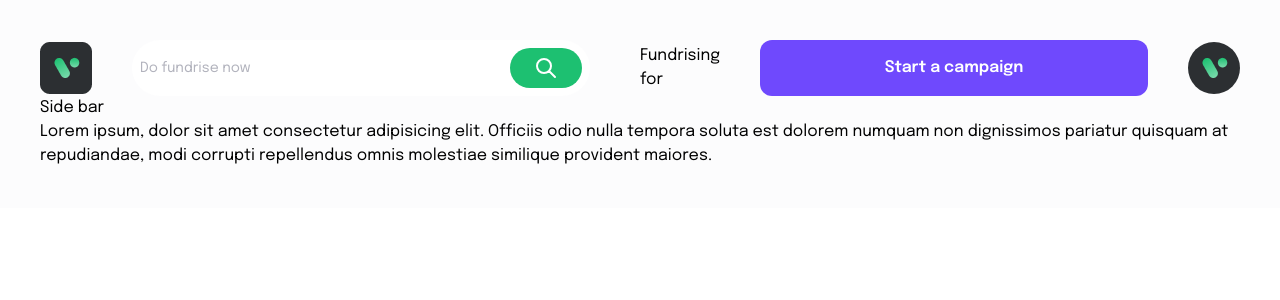
Repository: hoang0508/CrowFunding-APP
Page: /
These files come from the project's save history. The page is drawn as it stood at one moment and after the next save; the edit follows.
The browser window is 1280 px wide. The pictures show the whole page.
The project was rebuilt for these pictures with package versions that can differ from the ones it lists, and the page was loaded fresh each time. Also part of the build but not shown: src/components/common/ErrorComponent.js, src/components/button/ButtonGoogle.js. Imported but missing from the stored project, and not drawn on this page: src/store/reducers.

Above is the page before, as saved 2022-07-21 08:16:12.

### public/index.html
<!DOCTYPE html>
<html lang="en">
  <head>
    <meta charset="utf-8" />
    <link rel="icon" href="%PUBLIC_URL%/favicon.ico" />
    <meta name="viewport" content="width=device-width, initial-scale=1" />
    <meta name="theme-color" content="#000000" />
    <meta
      name="description"
      content="Web site created using create-react-app"
    />
    <link rel="apple-touch-icon" href="%PUBLIC_URL%/logo192.png" />
    <!--
      manifest.json provides metadata used when your web app is installed on a
      user's mobile device or desktop. See https://developers.google.com/web/fundamentals/web-app-manifest/
    -->
    <link rel="manifest" href="%PUBLIC_URL%/manifest.json" />
    <!--
      Notice the use of %PUBLIC_URL% in the tags above.
      It will be replaced with the URL of the `public` folder during the build.
      Only files inside the `public` folder can be referenced from the HTML.

      Unlike "/favicon.ico" or "favicon.ico", "%PUBLIC_URL%/favicon.ico" will
      work correctly both with client-side routing and a non-root public URL.
      Learn how to configure a non-root public URL by running `npm run build`.
    -->
    <link rel="preconnect" href="https://fonts.googleapis.com" />
    <link rel="preconnect" href="https://fonts.gstatic.com" crossorigin />
    <link
      href="https://fonts.googleapis.com/css2?family=Epilogue:wght@400;500;600;700&display=swap"
      rel="stylesheet"
    />
    <title>Crowfunding App</title>
  </head>
  <body>
    <noscript>You need to enable JavaScript to run this app.</noscript>
    <div id="root"></div>
    <!--
      This HTML file is a template.
      If you open it directly in the browser, you will see an empty page.

      You can add webfonts, meta tags, or analytics to this file.
      The build step will place the bundled scripts into the <body> tag.

      To begin the development, run `npm start` or `yarn start`.
      To create a production bundle, use `npm run build` or `yarn build`.
    -->
  </body>
</html>

### src/index.js
import React from "react";
import { createRoot } from "react-dom/client";
import App from "./App";
import reportWebVitals from "./reportWebVitals";
import "./index.scss";
import { Provider } from "react-redux";
import { store } from "./store/configureStore";
import { BrowserRouter } from "react-router-dom";

const container = document.getElementById("root");
const root = createRoot(container);

root.render(
  <BrowserRouter>
    <Provider store={store}>
      <App />
    </Provider>
  </BrowserRouter>
);

// If you want to start measuring performance in your app, pass a function
// to log results (for example: reportWebVitals(console.log))
// or send to an analytics endpoint. Learn more: https://bit.ly/CRA-vitals
reportWebVitals();

### src/App.js
import React, { lazy, Suspense } from "react";
import { Route, Routes } from "react-router-dom";
const SignUpPage = lazy(() => import("./pages/SignUpPage"));
const SignInPage = lazy(() => import("./pages/SignInPage"));
const DashboardPage = lazy(() => import("pages/DashboardPage"));

function App() {
  return (
    <Suspense fallback={<></>}>
      <Routes>
        <Route path="/" element={<DashboardPage />}></Route>
        <Route path="/sign-up" element={<SignUpPage />}></Route>
        <Route path="/sign-in" element={<SignInPage />}></Route>
      </Routes>
    </Suspense>
  );
}

export default App;

### src/index.scss
@tailwind base;
@tailwind components;
@tailwind utilities;
@layer base {
  body {
    @apply font-primary text-base font-normal;
    line-height: 1.5;
  }
  input {
    @apply outline-none;
  }
}

input:focus + .error-input {
  display: none;
}

### src/store/configureStore.js
import { configureStore } from "@reduxjs/toolkit";
import createSagaMiddleware from "@redux-saga/core";
import logger from "redux-logger";
import { reducer } from "./reducers";
const sagaMiddleware = createSagaMiddleware();

export const store = configureStore({
  reducer: reducer,
  middleware: (gDM) => gDM().concat(logger, sagaMiddleware),
});
// sagaMiddleware.run(rootSaga);

### src/pages/DashboardPage.js
import LayoutDashboard from "layout/LayoutDashboard";
import React from "react";

const DashboardPage = () => {
  return (
    <LayoutDashboard>
      Lorem ipsum, dolor sit amet consectetur adipisicing elit. Officiis odio
      nulla tempora soluta est dolorem numquam non dignissimos pariatur quisquam
      at repudiandae, modi corrupti repellendus omnis molestiae similique
      provident maiores.
    </LayoutDashboard>
  );
};

export default DashboardPage;

### src/components/button/index.js
export const { default: Button } = require("./Button");
export const { default: ButtonGoogle } = require("./ButtonGoogle");

### src/layout/LayoutDashboard.js
import DashboardSidebar from "modules/dashboard/DashboardSidebar";
import DashboardTopbar from "modules/dashboard/DashboardTopbar";
import React from "react";

const LayoutDashboard = ({ children }) => {
  return (
    <div className="p-10 bg-lite">
      <DashboardTopbar></DashboardTopbar>
      <div>
        <DashboardSidebar></DashboardSidebar>
        <div>{children}</div>
      </div>
    </div>
  );
};

export default LayoutDashboard;

### src/components/button/Button.js
import React from "react";
import PropTypes from "prop-types";
import classNames from "utils/className";

const Button = ({
  type,
  children,
  className = "",
  isLoading = false,
  ...rest
}) => {
  const child = !!isLoading ? (
    <div className="w-10 h-10 border-4 border-white border-t-transparent border-b-transparent rounded-full animate-spin"></div>
  ) : (
    children
  );
  return (
    <button
      type={type}
      className={classNames(
        "font-semibold p-4 rounded-xl flex justify-center items-center min-h-[56px] w-full text-white",
        !!isLoading ? "opacity-50 pointer-events-none" : "",
        className
      )}
      // className={`font-semibold py-4 rounded-xl flex justify-center items-center min-h-[56px]
      // ${className} text-white ${
      //   !!isLoading ? "opacity-50 pointer-events-none" : ""
      // }`}
      {...rest}
    >
      {child}
    </button>
  );
};

Button.propTypes = {
  type: PropTypes.string.isRequired,
  className: PropTypes.string,
  children: PropTypes.node,
  isLoading: PropTypes.bool,
};

export default Button;

### src/modules/dashboard/DashboardSidebar.js
import React from "react";

const DashboardSidebar = () => {
  return <div>Side bar</div>;
};

export default DashboardSidebar;

### src/modules/dashboard/DashboardTopbar.js
import { Button } from "components/button";
import React from "react";
import DashboardSearch from "./DashboardSearch";

const DashboardTopbar = () => {
  return (
    <div className="flex items-center justify-between">
      <div className="flex items-center gap-x-10 flex-1">
        <img src="/logo.png" alt="crowfunding-app" />
        <div className="w-full max-w-[458px] ">
          <DashboardSearch></DashboardSearch>
        </div>
      </div>
      <div className="flex items-center gap-x-10 flex-1 justify-end">
        <span>Fundrising for</span>
        <Button className="bg-secondary px-7">Start a campaign</Button>
        <img
          src="/logo.png"
          alt="crowfunding-app"
          className="rounded-full object-cover"
        />
      </div>
    </div>
  );
};

export default DashboardTopbar;

### src/utils/className.js
export default function classNames(...args) {
  return args
    .reduce((acc, val) => {
      if (typeof val === "string") {
        return acc.concat(val.split(" "));
      }
      return acc.concat(Object.values(val));
    }, [])
    .join(" ");
}

### src/modules/dashboard/DashboardSearch.js
import React from "react";

const DashboardSearch = () => {
  return (
    <div className="bg-white rounded-full shadow-[10px_10px_20px_rgba(218, 213, 213, 0.15)] p-2 flex items-center">
      <div className="flex-1">
        <input
          type="text"
          placeholder="Do fundrise now"
          className=" w-full text-sm font-normal placeholder:text-text4 text-text1"
        />
      </div>
      <button className="w-[72px] h-10 rounded-full bg-primary text-white flex items-center justify-center flex-shrink-0">
        <svg
          xmlns="http://www.w3.org/2000/svg"
          className="h-6 w-6"
          fill="none"
          viewBox="0 0 24 24"
          stroke="currentColor"
        >
          <path
            strokeLinecap="round"
            strokeLinejoin="round"
            strokeWidth={2}
            d="M21 21l-6-6m2-5a7 7 0 11-14 0 7 7 0 0114 0z"
          />
        </svg>
      </button>
    </div>
  );
};

export default DashboardSearch;

### tailwind.config.js
module.exports = {
  darkMode: "class",
  content: ["./src/**/*.{js,jsx,ts,tsx}"],
  theme: {
    extend: {
      fontFamily: {
        primary: ["Epilogue", "sans-serif;"],
      },
      colors: {
        primary: "#1DC071",
        secondary: "#6F49FD",
        text1: "#171725",
        text2: "#4B5264",
        text3: "#808191",
        text4: "#B2B3BD",
        "icon-color": "#A2A2A8",
        white: "#FFFFFF",
        whiteSoft: "#FCFBFF",
        graySoft: "#FCFCFC",
        strock: "#F1F1F3",
        lite: "#FCFCFD",
        error: "#EB5757",
        darkbg: "#13131A",
        darkSecondary: "#1C1C24",
        softDark: "#22222C",
        darkSoft: "#24242C",
        darkStroke: "#3A3A43",
      },
    },
  },
  plugins: [],
};

Loaded but not shown: src/reportWebVitals.js (common file)

After the next save:
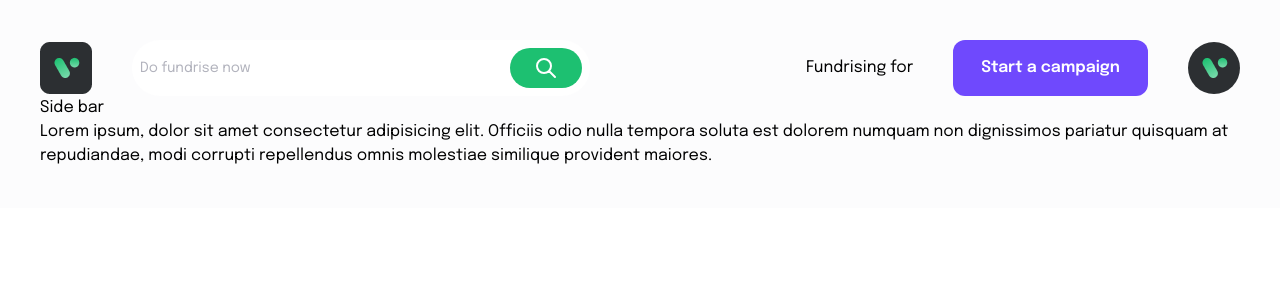
Saved 20 s later.
--- a/src/components/button/Button.js
+++ b/src/components/button/Button.js
@@ -18,7 +18,7 @@ const Button = ({
     <button
       type={type}
       className={classNames(
-        "font-semibold p-4 rounded-xl flex justify-center items-center min-h-[56px] w-full text-white",
+        "font-semibold p-4 rounded-xl flex justify-center items-center min-h-[56px]  text-white",
         !!isLoading ? "opacity-50 pointer-events-none" : "",
         className
       )}
